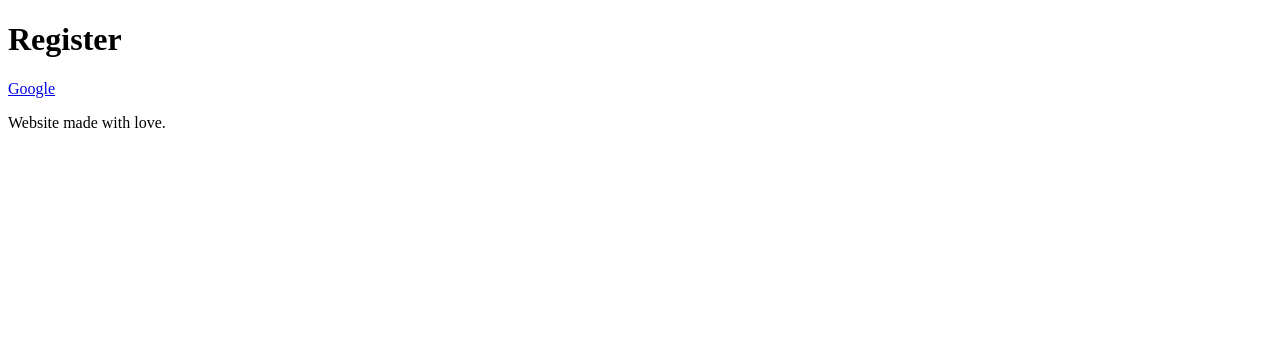
Repository: rileymeye1/ZTM
Page: register.html
The author's editor kept a copy of each file at every save. The page is drawn from the files as they stood at one save, then again after the next save.
The browser window is 1280 px wide. The pictures show the whole page.

Above is the page before, as saved 2024-08-18 21:05:35.

After the next save:
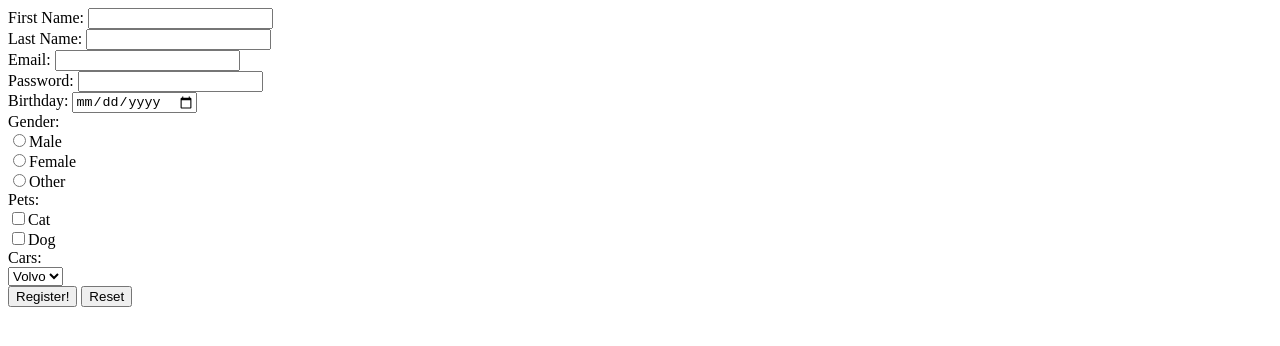
Saved 87 s later.
--- a/register.html
+++ b/register.html
@@ -6,17 +6,7 @@
     <title>Register</title>
   </head>
   <body>
-    <header>
-      <h1>Register</h1>
-    </header>
-    <nav>
-      <a href="https://www.google.com">Google</a>
-    </nav>
-    <footer>
-      <p>Website made with love.</p>
-    </footer>
-
-    <!-- Use GET, not POST
+    <!-- Use GET, not POST -->
     <form method="GET">
       First Name: <input type="text" name="firstname"><br>
       Last Name: <input type="text" name="lastname"><br>
@@ -37,6 +27,6 @@
       </select><br>
       <input type="submit" value="Register!">
       <input type="reset">
-    </form> -->
+    </form>
   </body>
 </html>
